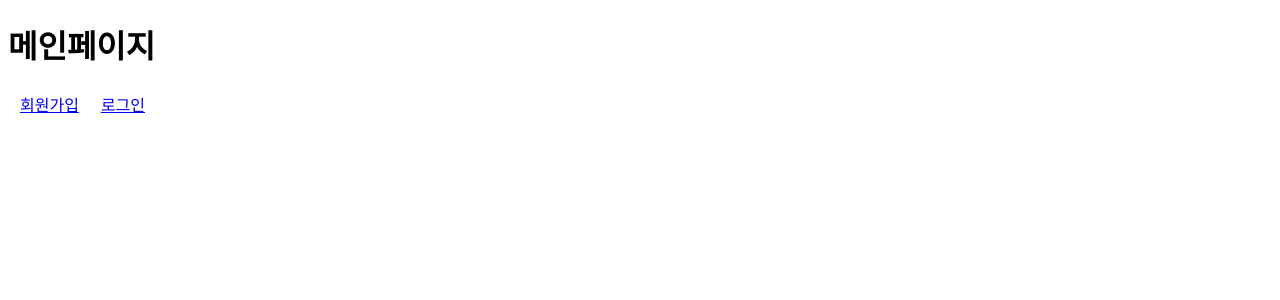
Repository: jjuhye/JSPWorkspace
Page: http://localhost/basic/05_memberLogin/02_main.jsp
These files come from the project's save history. The page is drawn as it stood at one moment and after the next save; the edit follows.
The browser window is 1280 px wide. The pictures show the whole page.
The page is served by Tomcat 9. Other server files are loaded and not shown.

Above is the page before, as saved 2023-02-22 03:30:48.

### basic/src/main/webapp/05_memberLogin/02_main.jsp
<%@page import="java.util.List"%>
<%@ page language="java" contentType="text/html; charset=UTF-8"
    pageEncoding="UTF-8"%>
<!DOCTYPE html>
<html>
<head>
<meta charset="UTF-8">
<title>Insert title here</title>
<link rel="stylesheet" href="./member.css">
</head>
<body>
<h1> 메인페이지 </h1>

<%
Object obj = session.getAttribute("idx");
%>

<table>
<% if(obj == null){ %>
    <tr>
        <td><a href="03_11_joinForm.jsp"> 회원가입 </a></td>
        <td><a href="03_21_loginForm.jsp"> 로그인 </a></td>
    </tr>
<%}else{ %>
    <tr>
        <td><a href="03_23_logoutPro.jsp"> 로그아웃 </a></td>
        <td><a href="03_31_updateForm.jsp"> 회원정보수정 </a></td>
        <td><a href="03_41_deleteForm.jsp"> 회원탈퇴 </a></td>
    </tr>
<%} %>
</table>

</body>
</html>

### basic/src/main/webapp/05_memberLogin/member.css
@charset "UTF-8";

/* table{
	text-align: center;
} */

/* tr:nth-child(1){
	background-color:lightgray;
	font-weight: bold;
} */

td{
	padding: 1px 10px;
	text-align:center;
}

After the next save:
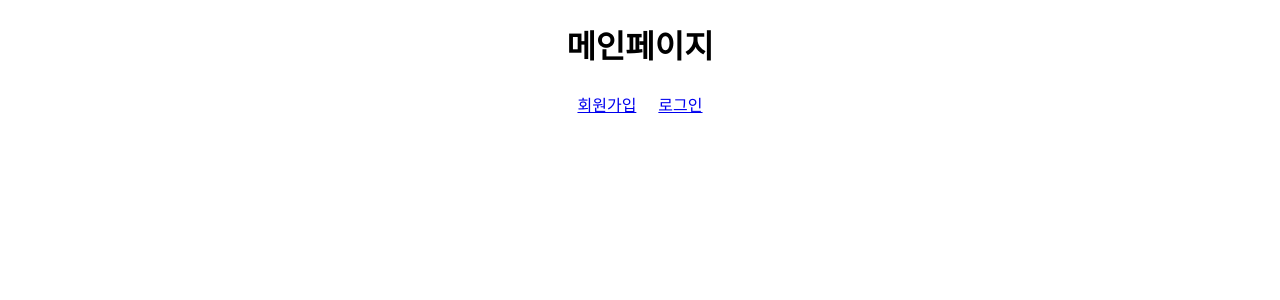
Saved 34 s later.
--- a/basic/src/main/webapp/05_memberLogin/02_main.jsp
+++ b/basic/src/main/webapp/05_memberLogin/02_main.jsp
@@ -9,26 +9,27 @@
 <link rel="stylesheet" href="./member.css">
 </head>
 <body>
-<h1> 메인페이지 </h1>
+<div align="center">
+	<h1> 메인페이지 </h1>
 
-<%
-Object obj = session.getAttribute("idx");
-%>
+	<%
+	Object obj = session.getAttribute("idx");
+	%>
 
-<table>
-<% if(obj == null){ %>
-    <tr>
-        <td><a href="03_11_joinForm.jsp"> 회원가입 </a></td>
-        <td><a href="03_21_loginForm.jsp"> 로그인 </a></td>
-    </tr>
-<%}else{ %>
-    <tr>
-        <td><a href="03_23_logoutPro.jsp"> 로그아웃 </a></td>
-        <td><a href="03_31_updateForm.jsp"> 회원정보수정 </a></td>
-        <td><a href="03_41_deleteForm.jsp"> 회원탈퇴 </a></td>
-    </tr>
-<%} %>
-</table>
-
+	<table>
+	<% if(obj == null){ %>
+	    <tr>
+	        <td><a href="03_11_joinForm.jsp"> 회원가입 </a></td>
+	        <td><a href="03_21_loginForm.jsp"> 로그인 </a></td>
+	    </tr>
+	<%}else{ %>
+	    <tr>
+	        <td><a href="03_23_logoutPro.jsp"> 로그아웃 </a></td>
+	        <td><a href="03_31_updateForm.jsp"> 회원정보수정 </a></td>
+	        <td><a href="03_41_deleteForm.jsp"> 회원탈퇴 </a></td>
+	    </tr>
+	<%} %>
+	</table>
+</div>
 </body>
 </html>
